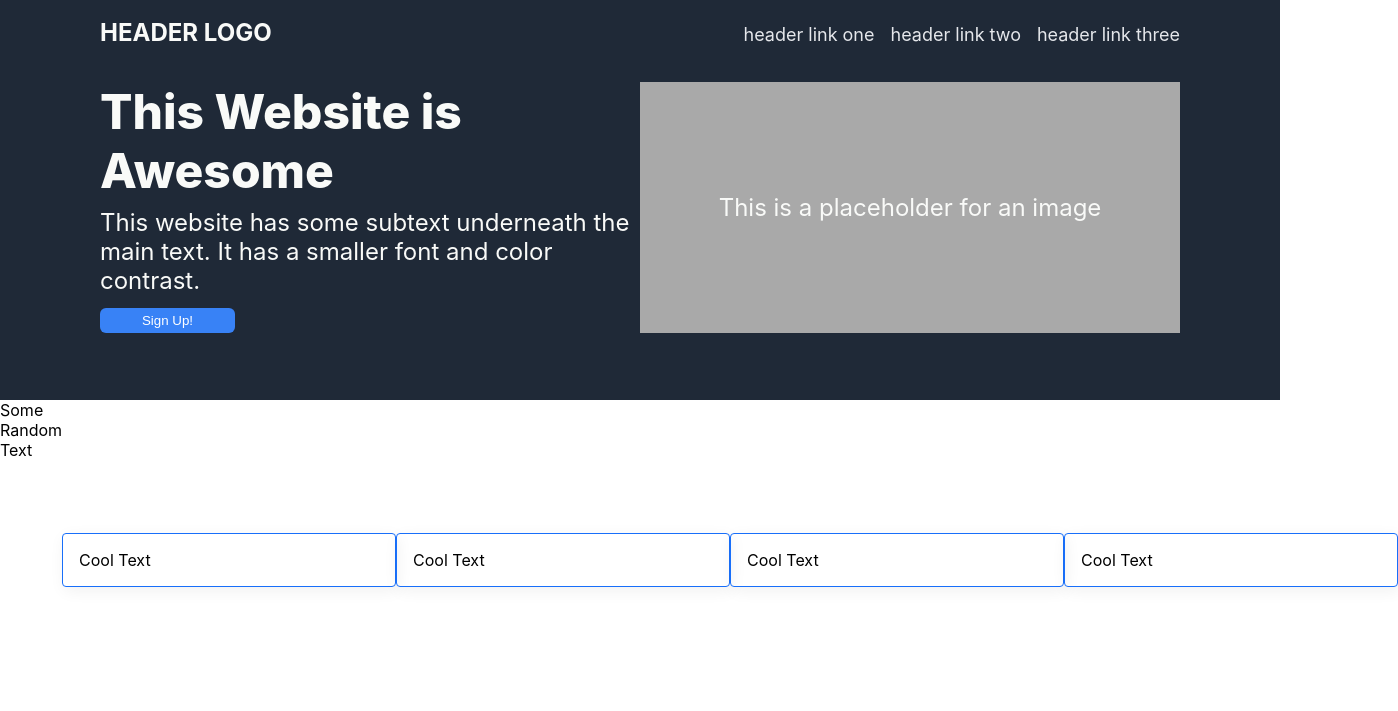
Repository: bbrockbrown/landing-page
Page: index.html
These files come from the project's save history. The page is drawn as it stood at one moment and after the next save; the edit follows.
The browser window is 1280 px wide. The page is 1398 px wide, then 1280 px, so the pictures cover 1398 px, including what lies to the right of the window. The pictures show the whole page.

Above is the page before, as saved 2024-07-24 15:34:19.

After the next save:
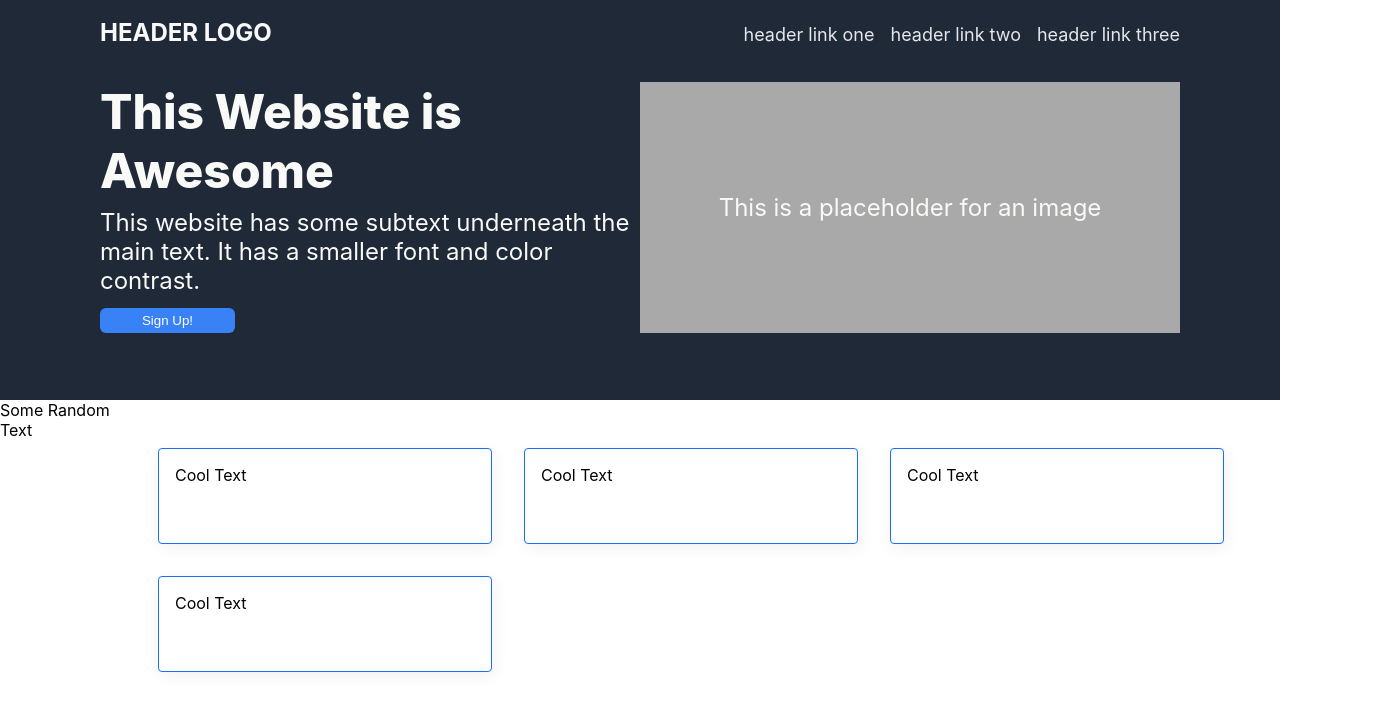
Saved 36 s later.
--- a/styles.css
+++ b/styles.css
@@ -85,7 +85,9 @@ a {
 
 .box-container {
     display: flex;
-    align-items: center;
+    padding: 48px;
+    flex-wrap: wrap;
+    gap: 32px;
 }
 
 .box {
